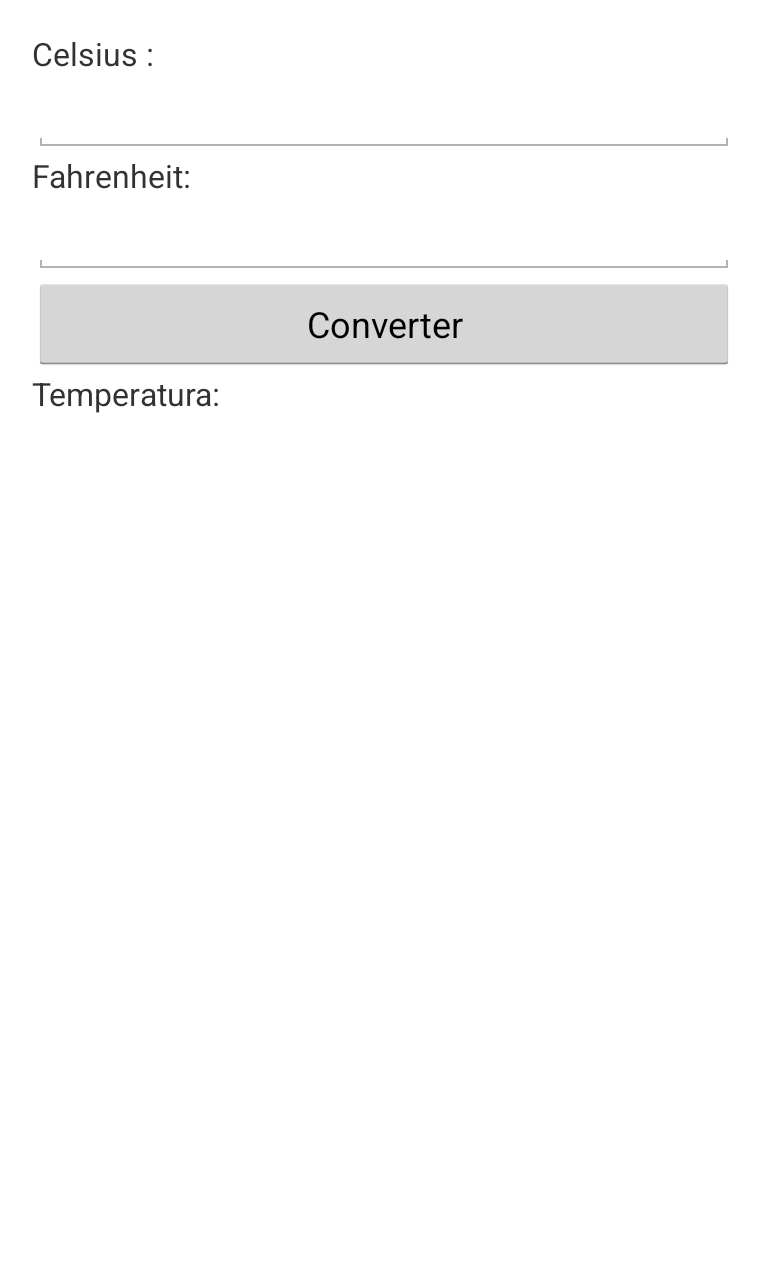
Repository: erickluz/Android
Layout: CelsiusToFahrenheit/res/layout/activity_main.xml
The author's editor kept a copy of each file at every save. The layout is drawn from the files as they stood at one save, then again after the next save.
It is drawn on a 768 x 1280 px phone screen (xhdpi) without system bars, with theme AppTheme; the app's code is not run.

Above is the layout before, as saved 2016-03-15 00:16:37.

After the next save:
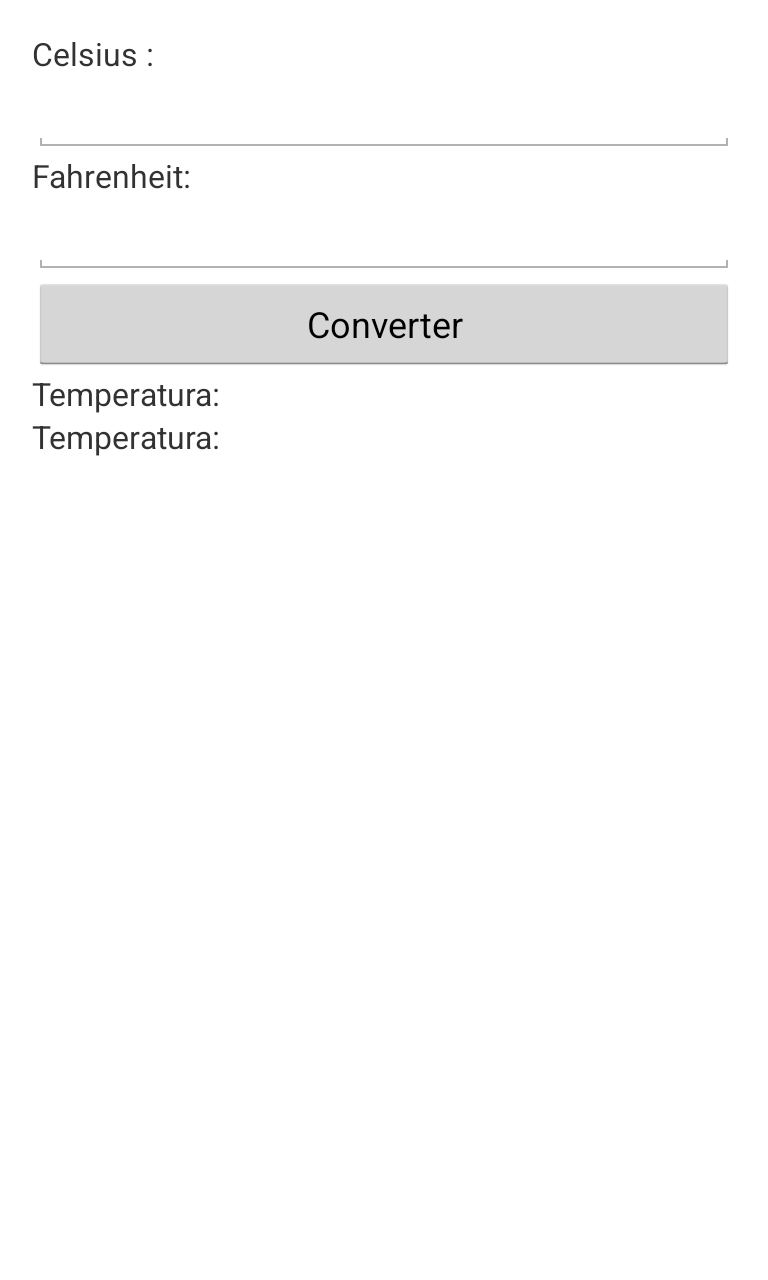
Saved 31 s later.
--- a/CelsiusToFahrenheit/res/layout/activity_main.xml
+++ b/CelsiusToFahrenheit/res/layout/activity_main.xml
@@ -43,11 +43,18 @@
       	android:layout_height="wrap_content"/>
 
    <TextView
-       	android:id="@+id/lblFahrenheit"
+        android:layout_width="wrap_content"
+        android:layout_height="wrap_content"
+        android:textSize="16sp"
+        android:text="@string/temperatura" />
+
+    <TextView
+        android:id="@+id/lblFahrenheit"
         android:layout_width="wrap_content"
         android:layout_height="wrap_content"
         android:textSize="16sp"
         android:text="@string/temperatura" />
 
 
+
 </LinearLayout>
